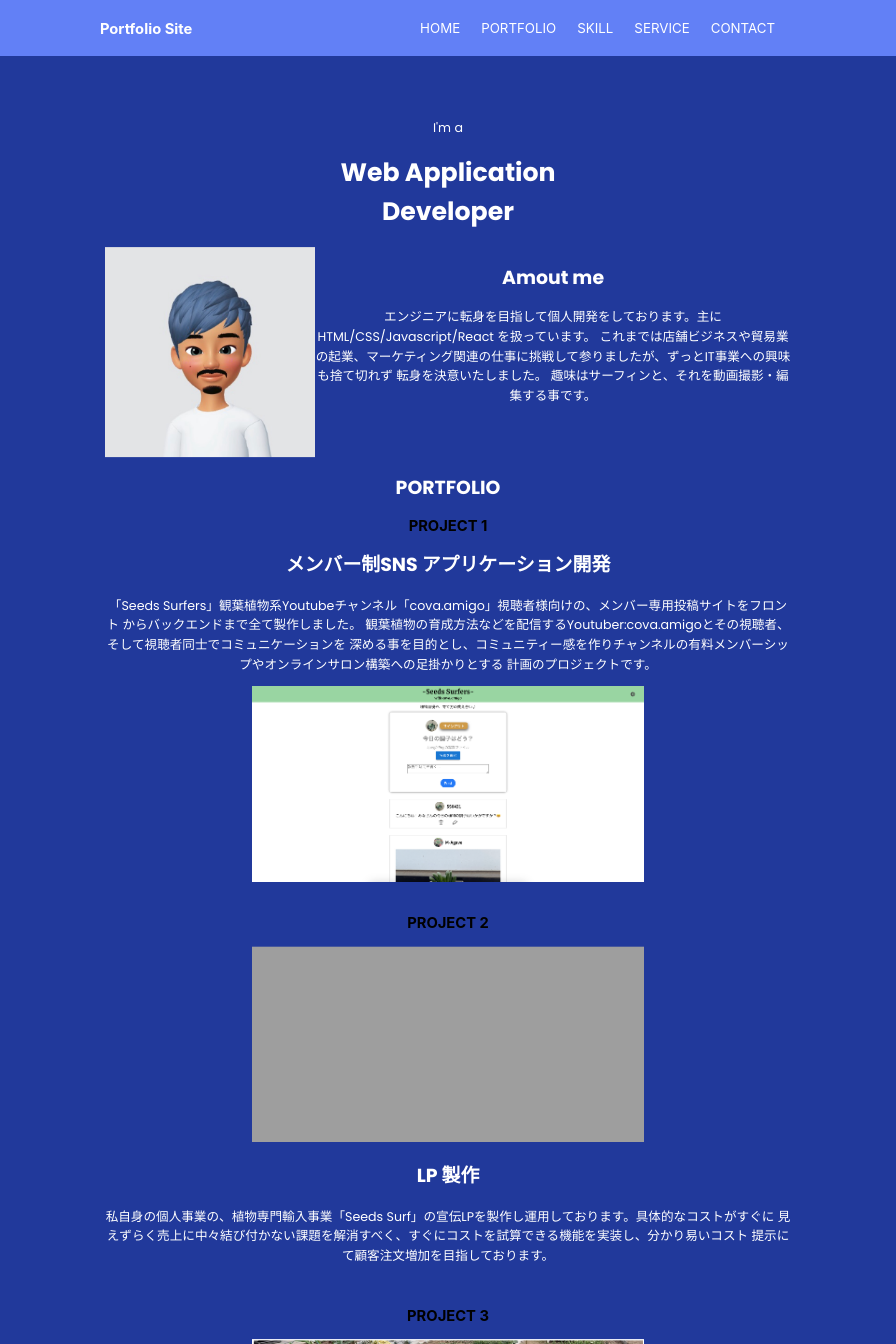
Repository: Seiya00002/my-portfolio-website2
Page: /
An editor plug-in stored every save of this project. The page is shown before and after the next save, followed by the edit.
The browser window is 1280 px wide. The pictures show the part of the page from y = 0 to 1920 px (the page is 3840 px tall before and 3812 px after), at 70% of full size.
Pictures or frames that could not be fetched are drawn as grey boxes. Some web fonts or font styles are not loaded; a fallback is used. The project was rebuilt for these pictures with package versions that can differ from the ones it lists, and the page was loaded fresh each time.

Above is the page before, as saved 2023-09-24 06:11:29.

After the next save:
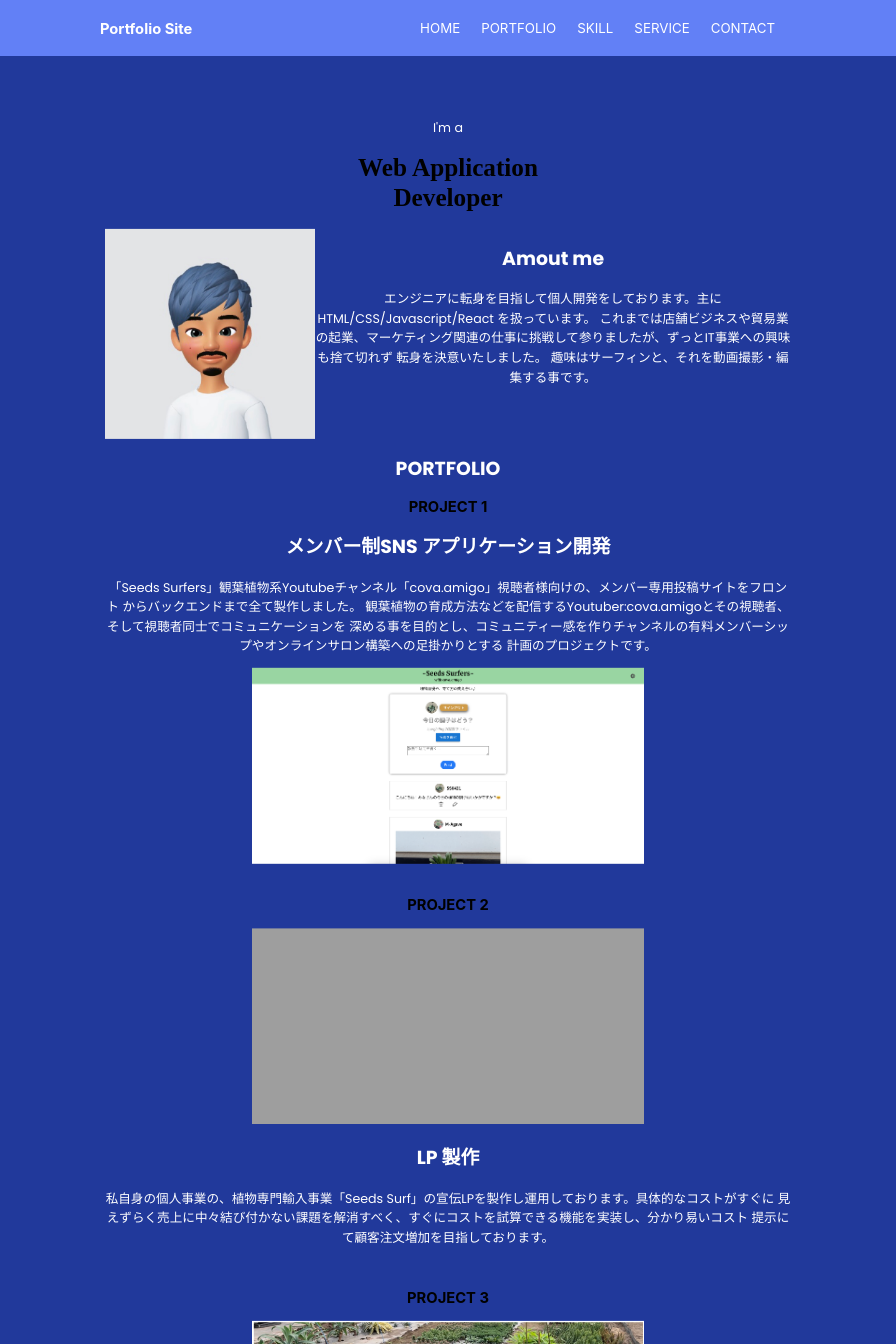
Saved 20 s later.
--- a/src/App.css
+++ b/src/App.css
@@ -9,7 +9,7 @@
   width: 100%;
 }
 
-.title {
+.title h1 {
   font-family: 'Dela Gothic One', cursive;
   color: black;
 }

After the save that followed:
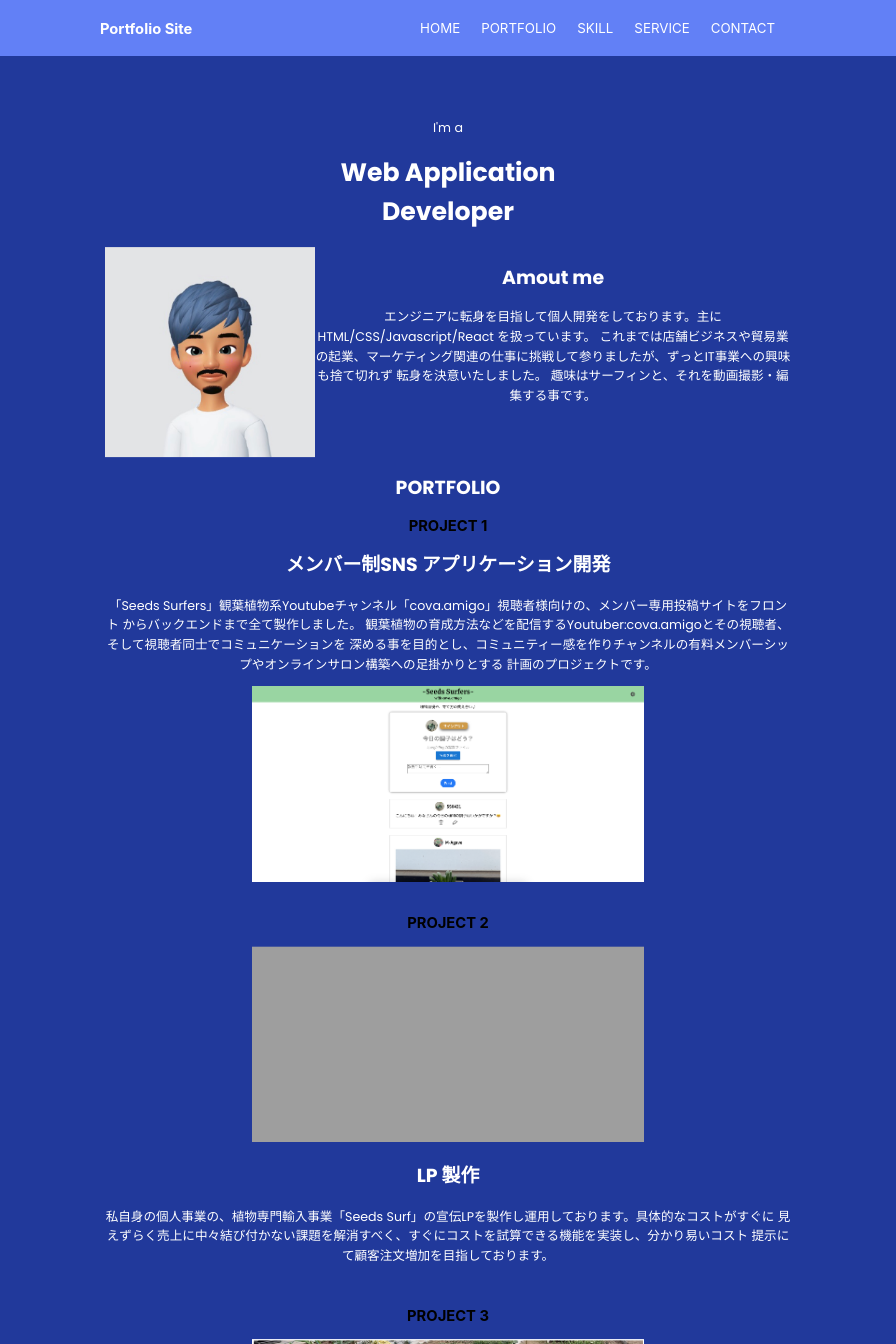
Saved 6 s later.
--- a/src/App.css
+++ b/src/App.css
@@ -9,7 +9,7 @@
   width: 100%;
 }
 
-.title h1 {
+.title h1 p{
   font-family: 'Dela Gothic One', cursive;
   color: black;
 }
